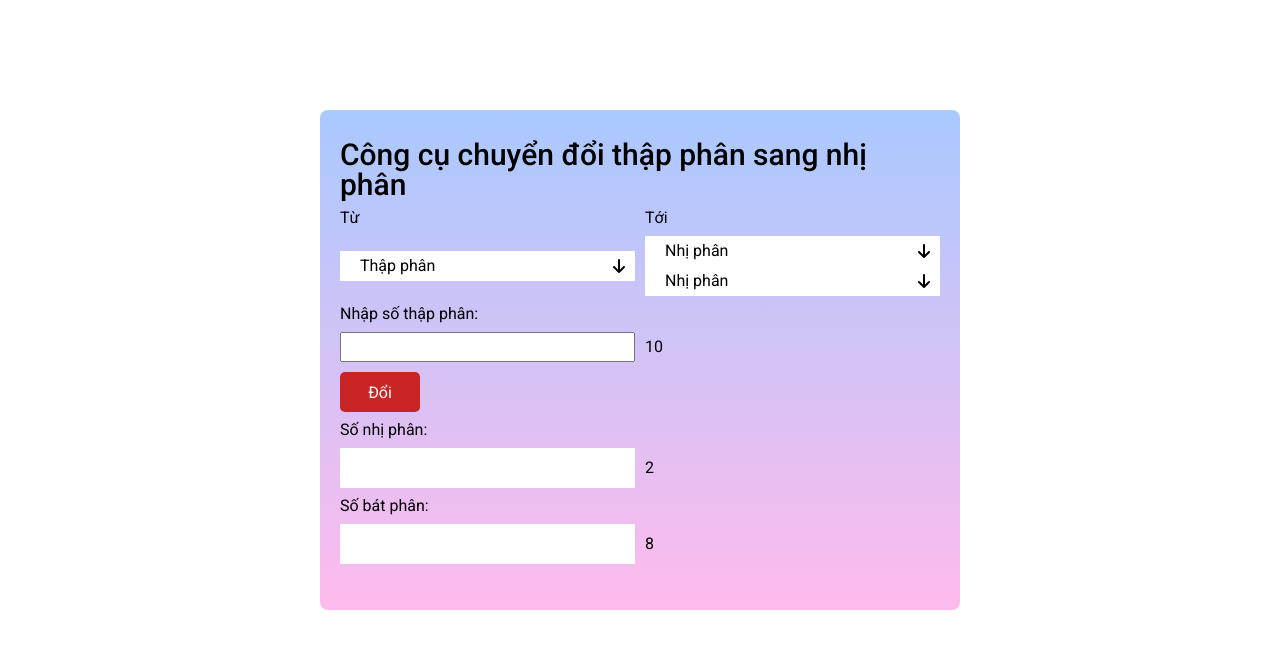
Repository: thuanpham00/covertNumber
Page: index.html
These files come from the project's save history. The page is drawn as it stood at one moment and after the next save; the edit follows.
The browser window is 1280 px wide. The pictures show the whole page.
Some web libraries are served in a nearby version. The style sheet was rebuilt from its Sass, Less or Tailwind sources for each picture, by a compiler version that may differ from the author's.

Above is the page before, as saved 2023-11-05 16:36:14.

### index.html
<!DOCTYPE html>
<html lang="en">
    <head>
        <meta charset="UTF-8" />
        <meta name="viewport" content="width=device-width, initial-scale=1.0" />
        <title>Convert Number</title>
        <link rel="stylesheet" href="./assets/css/main.css" />
        <link rel="preconnect" href="https://fonts.googleapis.com" />
        <link rel="preconnect" href="https://fonts.gstatic.com" crossorigin />
        <link
            href="https://fonts.googleapis.com/css2?family=Roboto:wght@400;500;700;900&display=swap"
            rel="stylesheet"
        />
        <script src="https://kit.fontawesome.com/3115b3f4f1.js"></script>
    </head>
    <body>
        <div class="container">
            <h1 class="title">Công cụ chuyển đổi thập phân sang nhị phân</h1>
            <div class="row">
                <span class="row__desc">Từ</span>
                <span class="row__desc">Tới</span>
            </div>
            <div class="row">
                <div class="row__type">
                    <div class="row__item">Thập phân</div>
                    <div class="row__icon">
                        <i class="fa-solid fa-arrow-down"></i>
                    </div>
                </div>
                <div class="row__list">
                    <div class="row__type">
                        <div class="row__item">Nhị phân</div>
                        <div class="row__icon">
                            <i class="fa-solid fa-arrow-down"></i>
                        </div>
                    </div>
                    <div class="row__type">
                        <div class="row__item">Nhị phân</div>
                        <div class="row__icon">
                            <i class="fa-solid fa-arrow-down"></i>
                        </div>
                    </div>
                </div>
            </div>
            <div class="container__wrapper">
                <div class="desc">Nhập số thập phân:</div>
                <form class="form" autocomplete="off">
                    <div class="row">
                        <input
                            type="text"
                            class="form__input"
                            name="numberInput"
                            required
                        />
                        <span>10</span>
                    </div>
                    <input type="submit" class="form__submit" value="Đổi" />
                </form>

                <div class="desc">Số nhị phân:</div>
                <div class="row">
                    <div class="result">
                        <span class="result__inner"></span>
                    </div>
                    <span>2</span>
                </div>
                <div class="desc">Số bát phân:</div>
                <div class="row">
                    <div class="result">
                        <span class="result__inner inner-2"></span>
                    </div>
                    <span>8</span>
                </div>
            </div>
        </div>

        <script src="./main.js"></script>
    </body>
</html>

### main.js
// // phần nguyên: integerPart
// // phần thập phân: decimalPart
window.addEventListener("load", function () {
    function convertDecimalToBinary(number) {
        let binary = [];
        let integerPart = Math.floor(number); // làm tròn xuống
        let decimalPart = number - integerPart;

        while (integerPart > 0) {
            let number1 = integerPart % 2;
            binary.unshift(number1);
            integerPart = Math.floor(integerPart / 2);
        }
        if (decimalPart > 0) {
            binary.push(".");

            let min = 0;
            let max = 16;
            while (decimalPart > 0 && min < max) {
                decimalPart = decimalPart * 2;
                let digit = Math.floor(decimalPart);
                binary.push(digit);
                decimalPart = decimalPart - digit;
                min++;
            }
        }
        return binary.join(""); // 8.625 (10) -> 1000.101 (2)
    }

    function convertDecimalToOctal(number) {
        let binary = [];
        let integerPart = Math.floor(number); // làm tròn xuống
        let decimalPart = number - integerPart;

        while (integerPart > 0) {
            let number1 = integerPart % 8;
            binary.unshift(number1);
            integerPart = Math.floor(integerPart / 8);
        }
        if (decimalPart > 0) {
            binary.push(".");

            let min = 0;
            let max = 16;
            while (decimalPart > 0 && min < max) {
                decimalPart = decimalPart * 8;
                let digit = Math.floor(decimalPart);
                binary.push(digit);
                decimalPart = decimalPart - digit;
                min++;
            }
        }
        return binary.join(""); // 11.25 (10) -> 13.2 (8)
    }
    const result = document.querySelector(".result__inner");
    const result2 = document.querySelector(".result__inner.inner-2");
    const form = document.querySelector(".form");
    form.addEventListener("submit", function (e) {
        e.preventDefault();
        const input = parseFloat(this.elements["numberInput"].value);
        result.textContent = convertDecimalToBinary(input);
        result2.textContent = convertDecimalToOctal(input);
    });

    const listType = document.querySelector(".row__list")
    listType.addEventListener("click", function(e) {
        const typeItem = e.target.querySelector(".row__type.type-2")
        typeItem.classList.add("type")
    })
});

### scss/main.scss
html,
body,
div,
span,
applet,
object,
iframe,
h1,
h2,
h3,
h4,
h5,
h6,
p,
blockquote,
pre,
a,
abbr,
acronym,
address,
big,
cite,
code,
del,
dfn,
em,
img,
ins,
kbd,
q,
s,
samp,
small,
strike,
strong,
sub,
sup,
tt,
var,
b,
u,
i,
center,
dl,
dt,
dd,
ol,
ul,
li,
fieldset,
form,
label,
legend,
table,
caption,
tbody,
tfoot,
thead,
tr,
th,
td,
article,
aside,
canvas,
details,
embed,
figure,
figcaption,
footer,
header,
hgroup,
menu,
nav,
output,
ruby,
section,
summary,
time,
mark,
audio,
video {
    margin: 0;
    padding: 0;
    border: 0;
    font-size: 100%;
    font: inherit;
    vertical-align: baseline;
}
/* HTML5 display-role reset for older browsers */
article,
aside,
details,
figcaption,
figure,
footer,
header,
hgroup,
menu,
nav,
section {
    display: block;
}
body {
    line-height: 1;
}
ol,
ul {
    list-style: none;
}
blockquote,
q {
    quotes: none;
}
blockquote:before,
blockquote:after,
q:before,
q:after {
    content: "";
    content: none;
}
table {
    border-collapse: collapse;
    border-spacing: 0;
}

*,
::after,
::before {
    box-sizing: border-box;
}

html {
    font-size: 62.5%;
}

body {
    background: #fff;
    font-size: 1.6rem;
    font-family: "Roboto", sans-serif;
}

input,
select,
textarea,
button {
    font-size: inherit;
    font-family: inherit;
}

.container {
    background-color: #a9c9ff;
    background-image: linear-gradient(180deg, #a9c9ff 0%, #ffbbec 100%);

    border-radius: 8px;
    padding: 10px 20px;
    height: 500px;
    position: absolute;
    top: 50%;
    left: 50%;
    transform: translate(-50%, -50%);

    .title {
        margin-top: 20px;
        font-size: 3rem;
        font-weight: 500;
    }

    .row {
        margin-top: 10px;
        display: grid;
        align-items: center;
        grid-template-columns: 1fr 1fr;
        column-gap: 10px;

        .row__type {
            display: flex;
            align-items: center;
            justify-content: space-between;
            padding-left: 20px;
            padding-right: 10px;
            height: 30px;
            width: 100%;
            background: #fff;

            pointer-events: none;

            > i {
                font-size: 0.6rem;
            }
        }

        .result {
            width: 100%;
            height: 40px;
            background: #fff;
            display: flex;
            align-items: center;
            padding-left: 20px;
        }
    }

    .desc {
        margin-top: 10px;
    }

    .form__input {
        height: 30px;
        padding: 5px 0px 5px 20px;
        outline: none;
    }

    .form__submit {
        margin-top: 10px;
        width: 80px;
        height: 40px;
        border-radius: 5px;
        background: #c92525;
        color: #fff;
        outline: none;
        border: none;
    }
}

.row__type.type-2 {
    display: block;
}

After the next save:
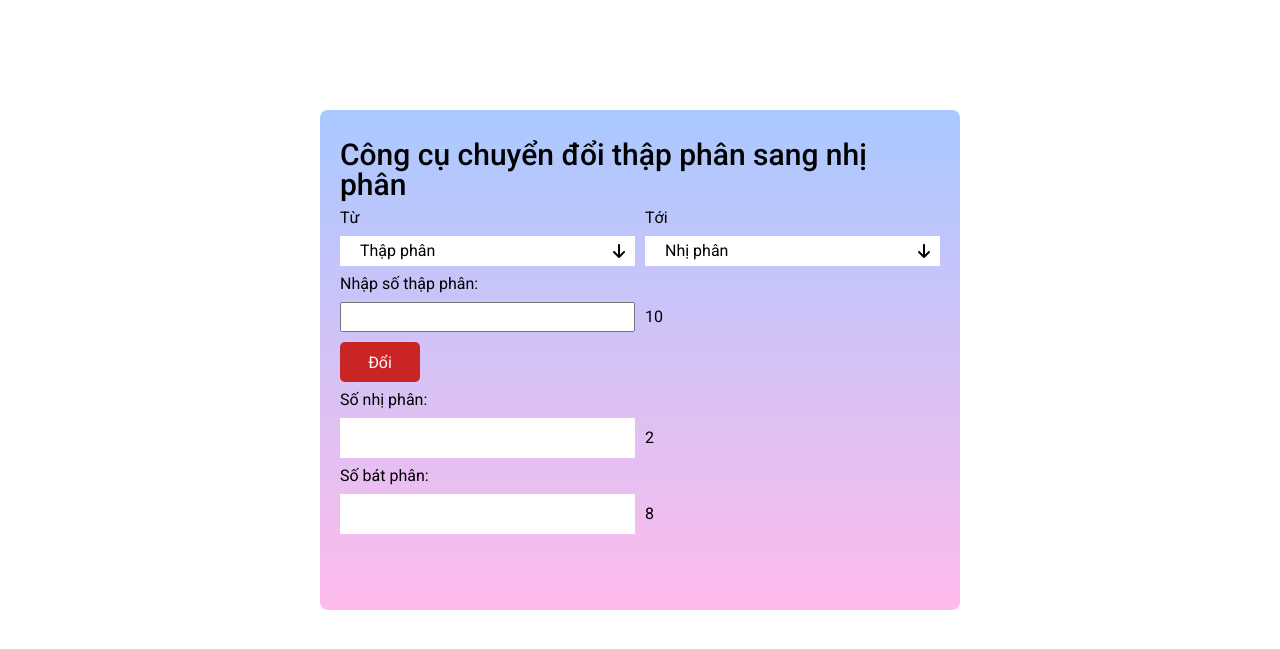
Saved 19 s later.
--- a/index.html
+++ b/index.html
@@ -28,12 +28,6 @@
                     </div>
                 </div>
                 <div class="row__list">
-                    <div class="row__type">
-                        <div class="row__item">Nhị phân</div>
-                        <div class="row__icon">
-                            <i class="fa-solid fa-arrow-down"></i>
-                        </div>
-                    </div>
                     <div class="row__type">
                         <div class="row__item">Nhị phân</div>
                         <div class="row__icon">
